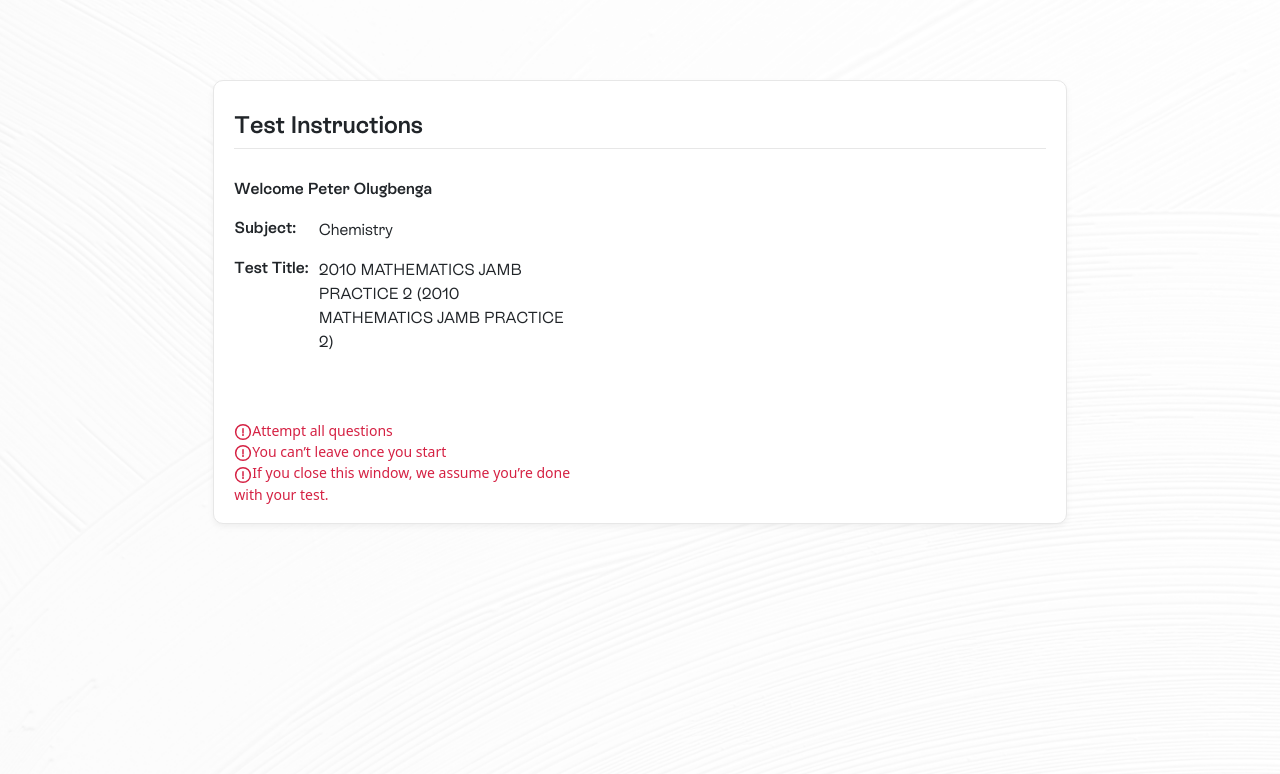
Repository: sarahnnanyelugo/educare-cbt
Page: /test-instructions
The author's editor kept a copy of each file at every save. The page is drawn from the files as they stood at one save, then again after the next save.
The browser window is 1280 px wide. The pictures show the whole page.
The project was rebuilt for these pictures with package versions that can differ from the ones it lists, and the page was loaded fresh each time. Also part of the build but not shown: src/components/Form/Form.js, src/pages/AuthenticationPage/auth.scss, src/pages/AuthenticationPage/AuthenticationPage.js, src/components/Exams/exams.scss, src/components/TestModal/test-modal.scss, src/components/TestModal/TestModal.js, src/components/Exams/Exams.js, src/TestData/examsData.js and 3 more. Imported but missing from the stored project, and not drawn on this page: src/components/Form/Password, src/components/GoogleButton/GoogleButton.

Above is the page before, as saved 2023-11-05 03:30:47.

After the next save:
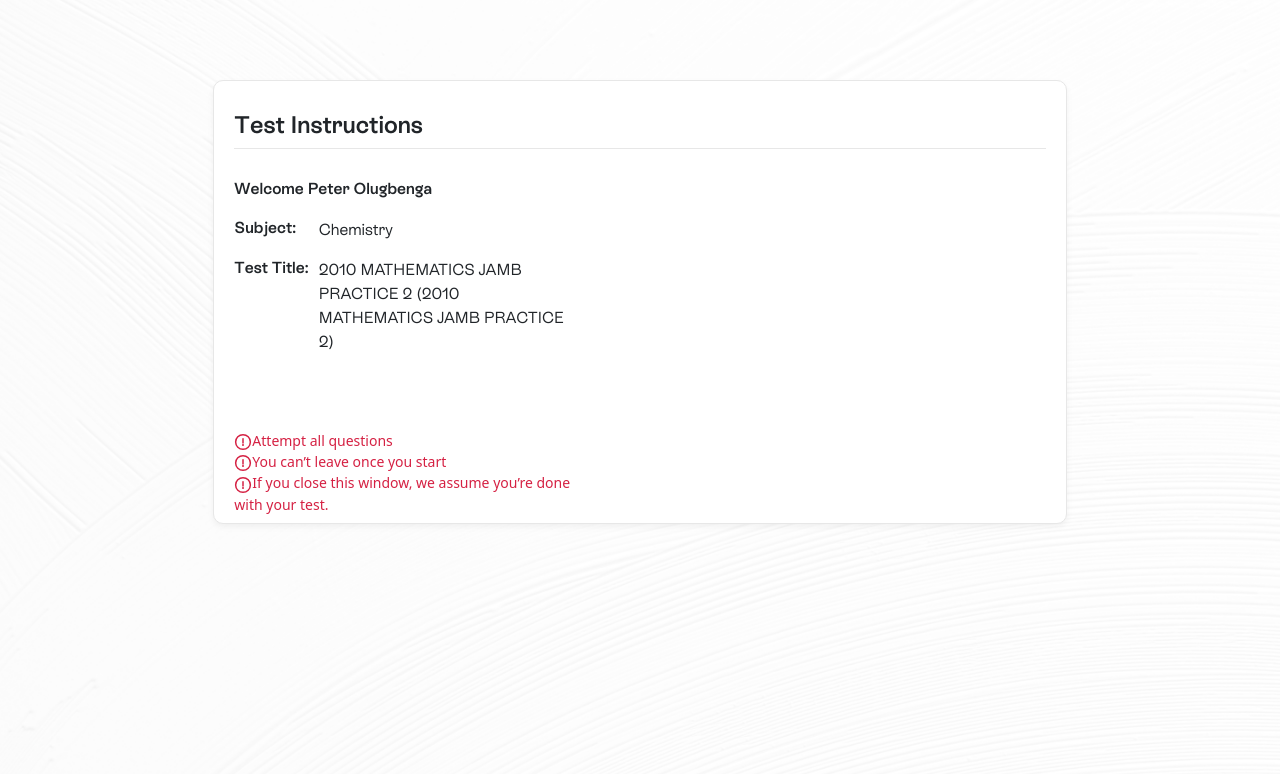
Saved 6 s later.
--- a/src/pages/TestInstructions/test-instructions.scss
+++ b/src/pages/TestInstructions/test-instructions.scss
@@ -25,7 +25,7 @@
       }
     }
     ul {
-      margin-top: 50px;
+      margin-top: 60px;
     }
     ul li {
       color: #d52143;
